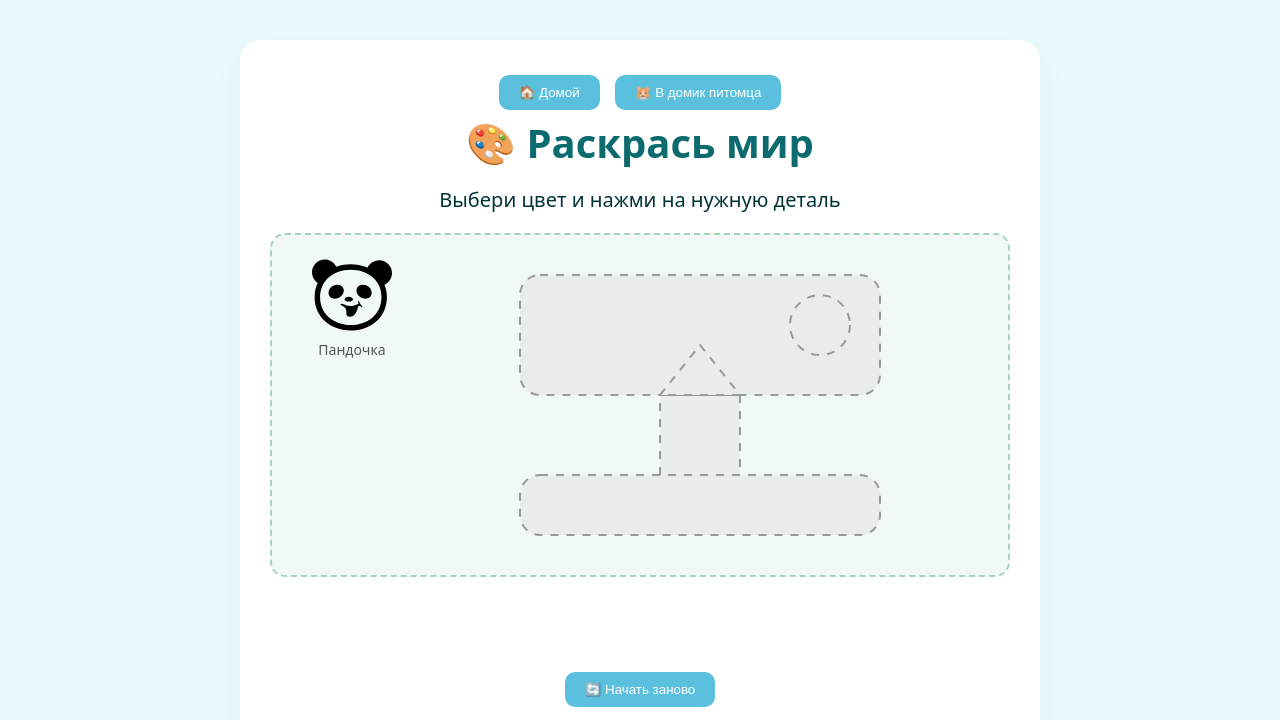
Repository: HOADF/kids-career-world
Page: games/artist/artist-game.html
The author's editor kept a copy of each file at every save. The page is drawn from the files as they stood at one save, then again after the next save.
The browser window is 1280 px wide. The pictures show the whole page.
An inner scrolling area shows only its first screen.

Above is the page before, as saved 2026-03-10 12:04:32.

### games/artist/artist-game.html
<!DOCTYPE html>
<html lang="ru">
<head>
    <meta charset="UTF-8">
    <meta name="viewport" content="width=device-width, initial-scale=1.0">
    <title>Уровень 1 — Пандочка-художник</title>
    <link rel="stylesheet" href="../../style.css">
    <link rel="stylesheet" href="artist-style.css">
</head>
<body>

    <div class="main-card">
        <div class="nav-buttons">
            <button class="btn-nav">🏠 Домой</button>
            <button class="btn-nav">🐹 В домик питомца</button>
        </div>

        <div class="game-header">
            <h1>🎨 Раскрась мир</h1>
            <p>Выбери цвет и нажми на нужную деталь</p>
        </div>

        <div class="game-board">
            <div class="pet-side">
                <img src="../../pets/panda.svg" alt="Пандочка" class="pet-img">
                <span class="pet-name">Пандочка</span>
                <div id="speech-bubble" class="bubble hidden"></div>
            </div>

            <div class="canvas-area">
                <svg viewBox="0 0 200 150" id="paint-svg">
                    <rect id="sky" class="paint-area" data-correct="blue" x="10" y="10" width="180" height="60" rx="10" />
                    <circle id="sun" class="paint-area" data-correct="yellow" cx="160" cy="35" r="15" />
                    <rect id="ground" class="paint-area" data-correct="green" x="10" y="110" width="180" height="30" rx="10" />
                    <rect id="house" class="paint-area" data-correct="red" x="80" y="70" width="40" height="40" />
                    <path id="roof" class="paint-area" data-correct="red" d="M80 70 L100 45 L120 70 Z" />
                </svg>
            </div>
        </div>

        <div class="palette">
            <div class="color-item" id="blue" data-color="blue" data-hex="#4A90E2"></div>
            <div class="color-item" id="yellow" data-color="yellow" data-hex="#FFD700"></div>
            <div class="color-item" id="green" data-color="green" data-hex="#7ED321"></div>
            <div class="color-item" id="red" data-color="red" data-hex="#D0021B"></div>
        </div>

        <div class="bottom-nav">
            <button id="reset-btn" class="btn-action">🔄 Начать заново</button>
            <button id="finish-btn" class="btn-action hidden">🏠 На главную</button>
        </div>
    </div>

    <script src="artist-game.js"></script>
</body>
</html>

### style.css
/* ---------- Базовые стили ---------- */

:root {
  --color-bg: #eaf9fb;
  --color-accent: #ffb44a;
  --color-text: #023436;
  --color-subtle: #0b6b6f;
  --color-white: #ffffff;

  --transition-fast: 0.3s ease;
  --transition-slow: 0.6s ease;
}

* {
  box-sizing: border-box;
  margin: 0;
  padding: 0;
}

html, body {
  width: 100%;
  height: 100%;
  font-family: system-ui, "Segoe UI", Roboto, sans-serif;
  color: var(--color-text);
  background-color: var(--color-bg);
  overflow-x: hidden;
}

.hidden {
  display: none !important;
}

/* ---------- Фон ---------- */

.background-decor {
  position: fixed;
  top: 0;
  left: 0;
  width: 100%;
  height: 100%;
  background: linear-gradient(180deg, #eaf9fb 0%, #f8ffff 100%);
  z-index: -1;
}

/* ---------- Структура ---------- */

.page-root {
  display: flex;
  flex-direction: column;
  align-items: center;
  justify-content: center;
  padding: 2rem;
  min-height: 100vh;
}

.welcome-card,
.questions-card,
.result-card {
  background: var(--color-white);
  border-radius: 24px;
  box-shadow: 0 6px 20px rgba(0, 0, 0, 0.08);
  max-width: 900px;
  width: 100%;
  padding: 2rem 3rem;
  display: flex;
  flex-direction: column;
  justify-content: center;
  animation: fadeIn var(--transition-slow);
}

.welcome-inner {
  display: flex;
  align-items: center;
  gap: 2rem;
  flex-wrap: wrap;
  justify-content: center;
}

/* ---------- Пингвинёнок ---------- */

.pet-visual {
  flex: 0 0 180px;
  animation: breathe 4s ease-in-out infinite;
}

@keyframes breathe {
  0%, 100% { transform: translateY(0); }
  50% { transform: translateY(-4px); }
}

/* ---------- Текст и кнопки ---------- */

.welcome-text {
  flex: 1 1 400px;
  text-align: left;
}

h1, h2 {
  font-weight: 700;
  color: var(--color-subtle);
  margin-bottom: 1rem;
}

.lead {
  font-size: 1.1rem;
  line-height: 1.6;
  margin-bottom: 1.5rem;
}

.controls {
  display: flex;
  gap: 1rem;
  flex-wrap: wrap;
  margin-bottom: 1rem;
}

.btn-primary,
.btn-ghost {
  font-size: 1rem;
  border-radius: 12px;
  padding: 0.8rem 1.6rem;
  cursor: pointer;
  transition: all var(--transition-fast);
  border: none;
}

.btn-primary {
  background: var(--color-accent);
  color: var(--color-white);
}

.btn-primary:hover {
  background: #ff9f1a;
  transform: translateY(-2px);
}

.btn-ghost {
  background: transparent;
  color: var(--color-subtle);
  border: 2px solid var(--color-subtle);
}

.btn-ghost:hover {
  background: var(--color-subtle);
  color: var(--color-white);
  transform: translateY(-2px);
}

.small {
  padding: 0.5rem 1rem;
  font-size: 0.9rem;
}

.meta-note {
  font-size: 0.9rem;
  color: #555;
  opacity: 0.8;
}

/* ---------- Опрос ---------- */

.questions-inner {
  display: flex;
  flex-direction: column;
  align-items: center;
  gap: 1rem;
}

.progress {
  font-size: 0.95rem;
  color: #666;
}

.question-title {
  font-size: 1.2rem;
  text-align: center;
  margin-bottom: 1rem;
}

.answers {
  display: flex;
  flex-direction: column;
  gap: 0.8rem;
  width: 100%;
  max-width: 600px;
}

.answers button {
  background: var(--color-bg);
  border: 2px solid transparent;
  border-radius: 12px;
  padding: 0.8rem 1.2rem;
  text-align: left;
  transition: all var(--transition-fast);
  font-size: 1rem;
}

.answers button:hover {
  border-color: var(--color-accent);
  background: #fff8f0;
  transform: translateY(-1px);
}

.answers button.selected {
  border-color: var(--color-accent);
  background: #fff1de;
}

.nav-row {
  display: flex;
  justify-content: space-between;
  width: 100%;
  max-width: 600px;
  margin-top: 1rem;
}

/* ---------- Результат ---------- */

.result-inner {
  display: flex;
  flex-direction: column;
  align-items: center;
  text-align: center;
  gap: 1rem;
}

.result-pet {
  margin-top: 1rem;
  font-size: 1.1rem;
}

.result-games {
  font-size: 1rem;
  color: #333;
}

.result-controls {
  display: flex;
  gap: 1rem;
  margin-top: 1rem;
}

/* ---------- Анимации ---------- */

@keyframes fadeIn {
  from { opacity: 0; transform: translateY(20px); }
  to { opacity: 1; transform: translateY(0); }
}

/* ---------- Адаптивность ---------- */

@media (max-width: 700px) {
  .welcome-card {
    padding: 1.5rem;
  }
  .welcome-inner {
    flex-direction: column;
    text-align: center;
  }
  .controls {
    justify-content: center;
  }
}
/* ========================== */
/* 📱 АДАПТИВНОСТЬ ПОД УСТРОЙСТВА */
/* ========================== */

/* --- Маленькие телефоны (до 480px) --- */
@media (max-width: 480px) {
  body {
    font-size: 14px;
    padding: 0.5rem;
  }

  .welcome-card,
  .questions-card,
  .result-card {
    padding: 1rem;
    border-radius: 1rem;
  }

  .welcome-card h1 {
    font-size: 1.4rem;
    line-height: 1.4;
  }

  .welcome-text p {
    font-size: 0.95rem;
  }

  .controls {
    flex-direction: column;
    gap: 0.75rem;
  }

  button {
    width: 100%;
    font-size: 1rem;
    padding: 0.8rem;
  }

  .pet-visual {
    width: 120px;
    height: 120px;
  }
}

/* --- Средние экраны: планшеты (481px–768px) --- */
@media (min-width: 481px) and (max-width: 768px) {
  body {
    font-size: 16px;
    padding: 1rem;
  }

  .welcome-card,
  .questions-card,
  .result-card {
    padding: 1.5rem;
  }

  .welcome-card h1 {
    font-size: 1.8rem;
  }

  .welcome-text p {
    font-size: 1rem;
  }

  button {
    font-size: 1rem;
    padding: 0.9rem 1.2rem;
  }

  .pet-visual {
    width: 150px;
    height: 150px;
  }
}

/* --- Ноутбуки и большие экраны (769px–1200px) --- */
@media (min-width: 769px) and (max-width: 1200px) {
  body {
    font-size: 18px;
    padding: 1.5rem;
  }

  .welcome-card,
  .questions-card,
  .result-card {
    padding: 2rem;
  }

  .welcome-card h1 {
    font-size: 2rem;
  }

  .pet-visual {
    width: 180px;
    height: 180px;
  }
}

/* --- Очень большие экраны (1200px+) --- */
@media (min-width: 1201px) {
  body {
    font-size: 20px;
    max-width: 960px;
    margin: 0 auto;
  }

  .welcome-card,
  .questions-card,
  .result-card {
    border-radius: 2rem;
  }

  .pet-visual {
    width: 200px;
    height: 200px;
  }
}

### games/artist/artist-style.css
/* Основная карточка как у строителя */
.main-card {
    background: white;
    border-radius: 20px;
    padding: 30px;
    box-shadow: 0 10px 30px rgba(0,0,0,0.05);
    max-width: 800px;
    margin: 40px auto;
    text-align: center;
}

.game-board {
    border: 2px dashed #a8d5ba;
    background: #f0f9f4;
    border-radius: 15px;
    display: flex;
    padding: 20px;
    margin: 20px 0;
    min-height: 300px;
    position: relative;
}

/* Питомец слева */
.pet-side {
    display: flex;
    flex-direction: column;
    align-items: center;
    width: 120px;
}

.pet-img {
    width: 80px;
    height: 80px;
}

.pet-name {
    font-size: 14px;
    color: #555;
    margin-top: 5px;
}

/* Холст */
.canvas-area {
    flex-grow: 1;
    display: flex;
    justify-content: center;
    align-items: center;
}

#paint-svg {
    width: 100%;
    max-width: 400px;
}

/* Пунктирные области как в "построй домик" */
.paint-area {
    fill: #e8edea;
    stroke: #999;
    stroke-width: 1;
    stroke-dasharray: 4;
    cursor: pointer;
    transition: all 0.3s;
}

/* Палитра */
.palette {
    display: flex;
    justify-content: center;
    gap: 15px;
    margin: 20px 0;
}

.color-item {
    width: 50px;
    height: 50px;
    border-radius: 10px;
    cursor: pointer;
    border: 3px solid transparent;
    transition: 0.2s;
}

.color-item.selected {
    border-color: #333;
    transform: scale(1.1);
}

.color-item.used {
    background: #ccc !important;
    opacity: 0.3;
    pointer-events: none;
}

/* Облачко Пандочки */
.bubble {
    position: absolute;
    left: 130px;
    top: 40px;
    background: white;
    border: 2px solid #333;
    padding: 10px;
    border-radius: 10px;
    font-size: 13px;
    z-index: 10;
}

.hidden { display: none; }

.btn-nav, .btn-action {
    background: #5bc0de;
    color: white;
    border: none;
    padding: 10px 20px;
    border-radius: 10px;
    cursor: pointer;
    margin: 5px;
}

### games/artist/artist-game.js
document.addEventListener('DOMContentLoaded', () => {
    let selectedColor = null;
    let selectedId = null;
    let selectedHex = null;

    const bubble = document.getElementById('speech-bubble');
    const colorItems = document.querySelectorAll('.color-item');
    const areas = document.querySelectorAll('.paint-area');

    // Функция для Пандочки
    function pandaSay(text) {
        bubble.innerText = text;
        bubble.classList.remove('hidden');
        setTimeout(() => bubble.classList.add('hidden'), 3000);
    }

    // Выбор цвета
    colorItems.forEach(item => {
        item.addEventListener('click', () => {
            colorItems.forEach(i => i.classList.remove('selected'));
            selectedColor = item.getAttribute('data-color');
            selectedHex = item.getAttribute('data-hex');
            selectedId = item.id;
            item.classList.add('selected');
        });
    });

    // Покраска
    areas.forEach(area => {
        area.addEventListener('click', () => {
            if (!selectedColor) {
                pandaSay("Сначала нажми на краску внизу! 😊");
                return;
            }

            if (area.getAttribute('data-correct') === selectedColor) {
                // ПРАВИЛЬНО: убираем пунктир, заливаем цветом
                area.style.fill = selectedHex;
                area.style.strokeDasharray = "0";
                area.style.stroke = "none";

                document.getElementById(selectedId).classList.add('used');
                selectedColor = null;

                pandaSay("Здорово! Прямо как настоящее!");
                checkWin();
            } else {
                // ОШИБКА
                pandaSay("Ой, этот цвет сюда не подходит!");
            }
        });
    });

    function checkWin() {
        const remaining = document.querySelectorAll('.color-item:not(.used)');
        if (remaining.length === 0) {
            document.getElementById('finish-btn').classList.remove('hidden');
            pandaSay("Ура! Мы нарисовали шедевр! 🎨");
        }
    }
});

After the next save:
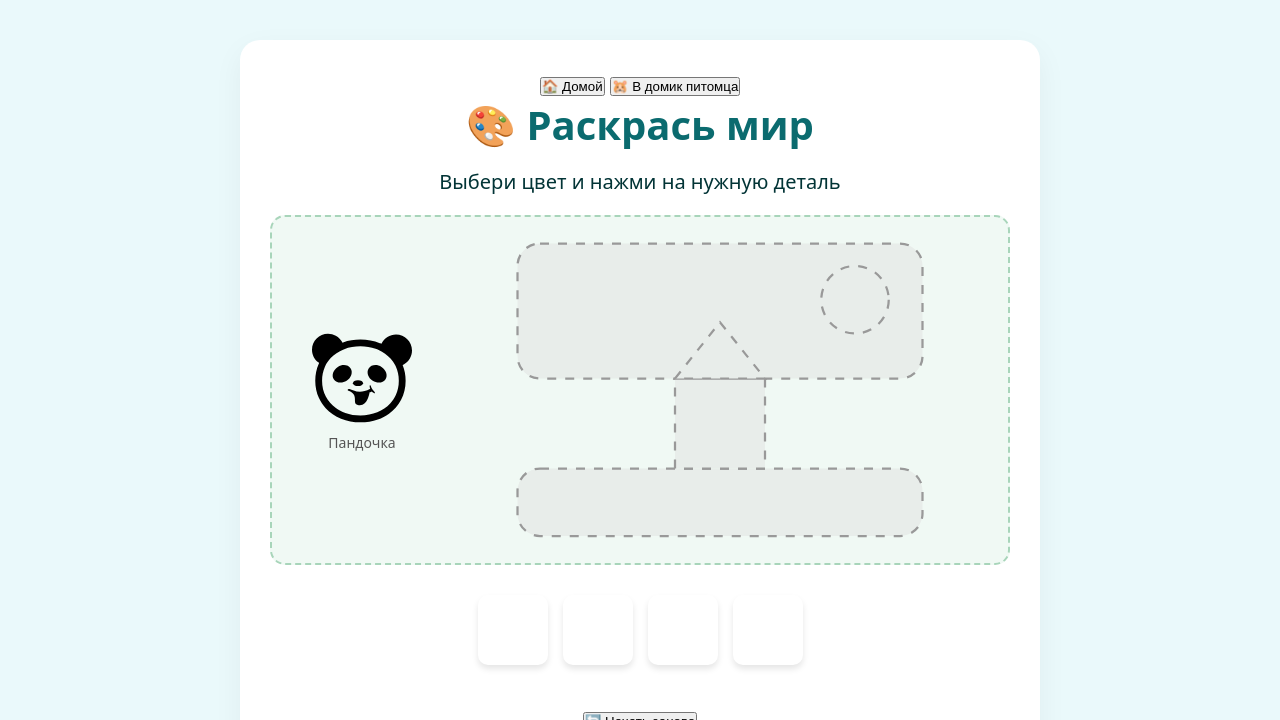
Saved 3 min 36 s later.
--- a/games/artist/artist-style.css
+++ b/games/artist/artist-style.css
@@ -4,33 +4,38 @@
     border-radius: 20px;
     padding: 30px;
     box-shadow: 0 10px 30px rgba(0,0,0,0.05);
-    max-width: 800px;
+    max-width: 800px; /* Жесткий размер ширины */
     margin: 40px auto;
     text-align: center;
+    overflow: hidden; /* Защита от вылетания элементов */
 }
 
+/* Игровая доска с зеленой пунктирной рамкой */
 .game-board {
-    border: 2px dashed #a8d5ba;
-    background: #f0f9f4;
+    border: 2px dashed #a8d5ba; /* Пунктирная рамка */
+    background: #f0f9f4; /* Светлый фон */
     border-radius: 15px;
     display: flex;
+    justify-content: flex-start; /* Питомец всегда слева */
+    align-items: center; /* Элементы по центру по вертикали */
     padding: 20px;
     margin: 20px 0;
-    min-height: 300px;
+    height: 350px; /* КРУПНЫЙ ЖЕСТКИЙ РАЗМЕР */
     position: relative;
 }
 
-/* Питомец слева */
+/* Питомец Пандочка слева */
 .pet-side {
     display: flex;
     flex-direction: column;
     align-items: center;
-    width: 120px;
+    width: 140px; /* Чёткая ширина для Пандочки */
+    margin-right: 20px;
 }
 
 .pet-img {
-    width: 80px;
-    height: 80px;
+    width: 100px; /* КРУПНАЯ ПАНДОЧКА */
+    height: 100px;
 }
 
 .pet-name {
@@ -39,78 +44,56 @@
     margin-top: 5px;
 }
 
-/* Холст */
+/* Область холста */
 .canvas-area {
-    flex-grow: 1;
+    flex-grow: 1; /* SVG занимает всё оставшееся место */
     display: flex;
     justify-content: center;
     align-items: center;
 }
 
 #paint-svg {
-    width: 100%;
-    max-width: 400px;
+    width: 100%; /* SVG тянется на всю ширину canvas-area */
+    height: auto; /* Сохраняет пропорции */
+    max-width: 450px; /* НО НЕ БОЛЬШЕ ЧЕМ 450px */
 }
 
-/* Пунктирные области как в "построй домик" */
+/* Пунктирные области */
 .paint-area {
-    fill: #e8edea;
+    fill: #e8edea; /* Серый фон */
     stroke: #999;
     stroke-width: 1;
-    stroke-dasharray: 4;
+    stroke-dasharray: 4; /* Пунктир */
     cursor: pointer;
     transition: all 0.3s;
 }
 
-/* Палитра */
+/* Палитра (Внизу карточки, как детали строителя) */
 .palette {
     display: flex;
     justify-content: center;
-    gap: 15px;
-    margin: 20px 0;
+    gap: 15px; /* Большие отступы */
+    margin: 30px 0; /* Большой отступ от доски */
+    height: 80px; /* ЖЕСТКИЙ РАЗМЕР ПАЛИТРЫ */
 }
 
 .color-item {
-    width: 50px;
-    height: 50px;
+    width: 70px; /* КРУПНЫЕ КНОПКИ */
+    height: 70px;
     border-radius: 10px;
     cursor: pointer;
-    border: 3px solid transparent;
+    border: 3px solid transparent; /* Четкий бордер при выборе */
     transition: 0.2s;
+    box-shadow: 0 4px 6px rgba(0,0,0,0.1); /* Легкая тень */
 }
 
 .color-item.selected {
-    border-color: #333;
-    transform: scale(1.1);
+    border-color: #333; /* Черный бордер при выборе */
+    transform: scale(1.1); /* Чуть больше */
 }
 
 .color-item.used {
-    background: #ccc !important;
+    background: #ccc !important; /* Серый цвет */
     opacity: 0.3;
-    pointer-events: none;
+    pointer-events: none; /* Нельзя нажать */
 }
-
-/* Облачко Пандочки */
-.bubble {
-    position: absolute;
-    left: 130px;
-    top: 40px;
-    background: white;
-    border: 2px solid #333;
-    padding: 10px;
-    border-radius: 10px;
-    font-size: 13px;
-    z-index: 10;
-}
-
-.hidden { display: none; }
-
-.btn-nav, .btn-action {
-    background: #5bc0de;
-    color: white;
-    border: none;
-    padding: 10px 20px;
-    border-radius: 10px;
-    cursor: pointer;
-    margin: 5px;
-}
